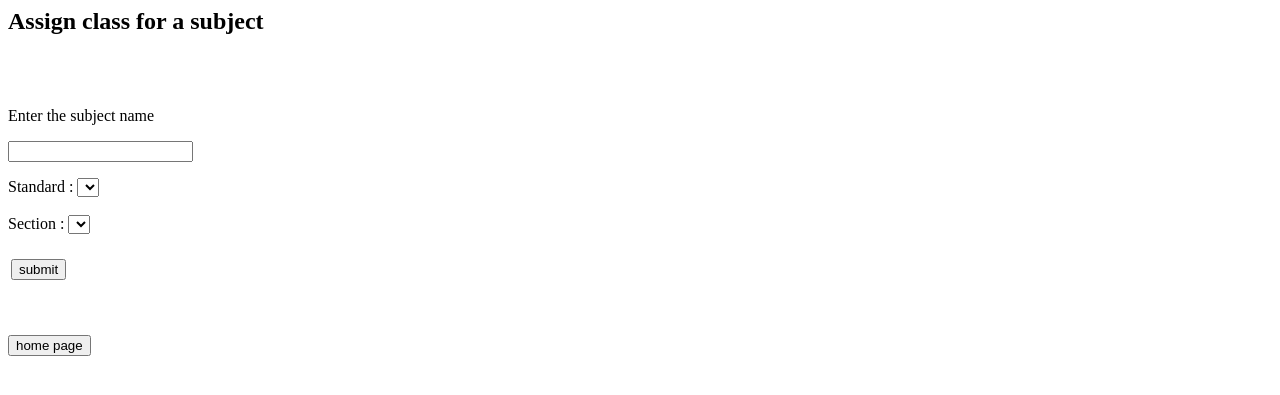
Repository: anithagnana123/Simplilearn_Phase2_project
Page: http://localhost/phase2-project/classsub.jsp
An editor plug-in stored every save of this project. The page is shown before and after the next save, followed by the edit.
The browser window is 1280 px wide. The pictures show the whole page.
The page is served by Tomcat 9. Other server files are loaded and not shown. Queries for data that is not in the repository find no rows.

Above is the page before, as saved 2022-10-23 15:25:59.

### phase2-project/src/main/webapp/classsub.jsp
<%@ taglib prefix="c" uri="http://java.sun.com/jsp/jstl/core"%>
<%@ taglib prefix="sql" uri="http://java.sun.com/jsp/jstl/sql"%>
<html>
<head>
    <title>classsub-list</title>
</head>
<body>
    <sql:setDataSource
    var="database"
    driver="com.mysql.cj.jdbc.Driver"
     url="jdbc:mysql://localhost:3306/learners_academy_test?allowPublicKeyRetrieval=true&useSSL=false"
     user="root"
     password="123456"
     />


<h2>Assign class for a subject</h2>

<br> <br>


<form action="test"  method="get">
<p>Enter the subject name </p>
<p><input type="text" name="subject"/></p>

<table>

    <sql:query var="rs" dataSource="${database}">
         SELECT * FROM class_info;
    </sql:query>

    <tr>
        Standard :
        <select name = "standard">
             <c:forEach var="class_info" items="${rs.rows}">
                 <option> <c:out value="${class_info.standard}"/> </option>
             </c:forEach>
        </select>
    </tr>
    <br> <br>

    <tr>
        Section :
        <select name = "class_sec">
             <c:forEach var="class_info" items="${rs.rows}">
                 <option> <c:out value="${class_info.class_sec}"/> </option>
             </c:forEach>
        </select>
    </tr>

    <br> <br>
    <tr>
      <td><input type="submit" value="submit"/></td>
      <td><input type="hidden" name="operation" value="assignclasssub"/></td>
    </tr>
</table>
</form>

<br> <br>
<form action="welcome" method="get">
	<input type="submit" value="home page"/>
</form>

</body>
</html>

After the next save:
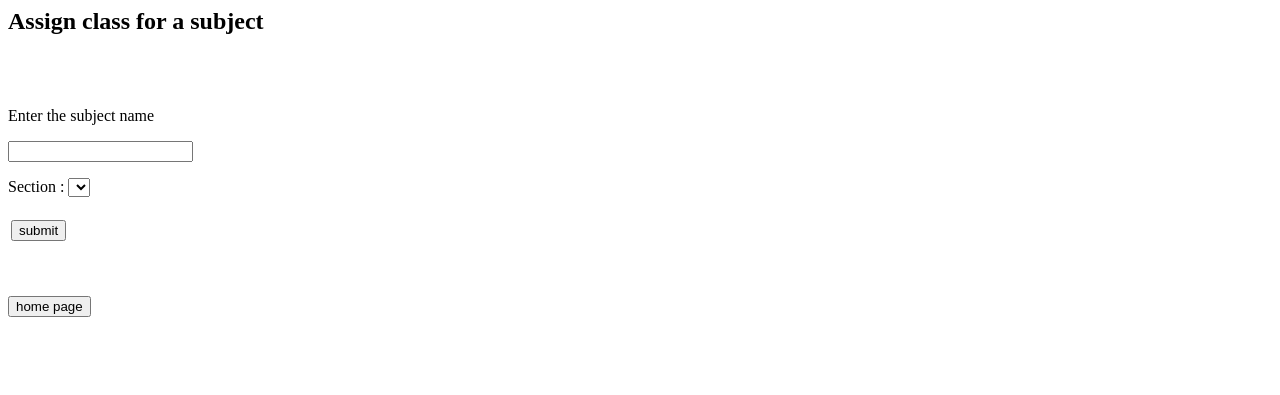
Saved 4 min 29 s later.
--- a/phase2-project/src/main/webapp/classsub.jsp
+++ b/phase2-project/src/main/webapp/classsub.jsp
@@ -30,16 +30,6 @@
     </sql:query>
 
     <tr>
-        Standard :
-        <select name = "standard">
-             <c:forEach var="class_info" items="${rs.rows}">
-                 <option> <c:out value="${class_info.standard}"/> </option>
-             </c:forEach>
-        </select>
-    </tr>
-    <br> <br>
-
-    <tr>
         Section :
         <select name = "class_sec">
              <c:forEach var="class_info" items="${rs.rows}">
